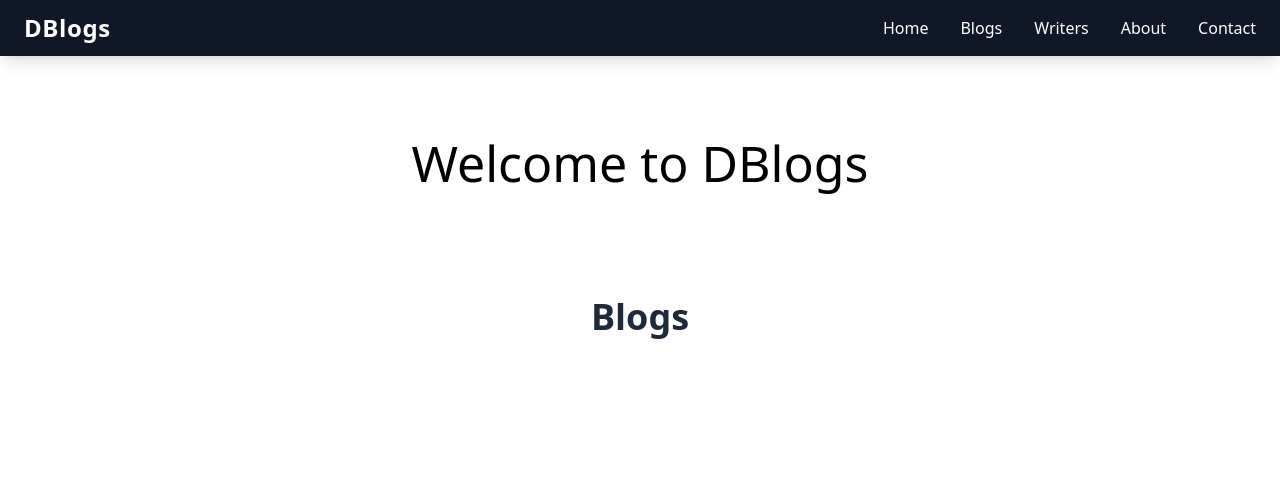
Repository: Devanshk9/DBlogs
Page: / (app in client/)
These files come from the project's save history. The page is drawn as it stood at one moment and after the next save; the edit follows.
The browser window is 1280 px wide. The pictures show the whole page.
The page's requests for data from a server got no answer. The project was rebuilt for these pictures with package versions that can differ from the ones it lists, and the page was loaded fresh each time. No one was signed in, and anything a server would have sent is missing. Also part of the build but not shown: client/vite.config.js, client/src/pages/Writers.jsx.

Above is the page before, as saved 2025-08-31 21:53:36.

### client/src/App.jsx
import React from 'react'
import {
  createBrowserRouter,
  createRoutesFromElements,
  Route,
  RouterProvider,
} from "react-router-dom";
import Blogs from "./pages/Blogs"
import Writers from "./pages/Writers"
import Home from "./pages/Home"   // ✅ your Home page

const router = createBrowserRouter(
  createRoutesFromElements(
    <>
      <Route path="/" element={<Home />} />
      <Route path="blogs" element={<Blogs />} />
      <Route path="writers" element={<Writers />} />
    </>
  )
);

const App = () => {
  return (
    <React.StrictMode>
      <RouterProvider router={router} />
    </React.StrictMode>
  )
}

export default App

### client/src/pages/Blogs.jsx
import { useEffect, useState } from "react";

function Blogs() {
  const [blogs, setBlogs] = useState([]);

  useEffect(() => {
    fetch("http://localhost:5001/blogs") // backend
      .then((res) => res.json())
      .then((data) => setBlogs(data))
      .catch((err) => console.error(err));
  }, []);

  return (
    <div className="flex flex-col items-center px-6">
      <h1 className="text-4xl font-bold mt-24 mb-8 text-gray-800">Blogs</h1>

      <div className="grid grid-cols-1 md:grid-cols-2 lg:grid-cols-3 gap-8 w-full max-w-6xl">
        {blogs.map((b) => (
          <div
            key={b.blog_id}
            className="bg-white rounded-2xl shadow-lg p-6 hover:shadow-2xl transition-shadow duration-300 border border-gray-200"
          >
            <h2 className="text-2xl font-semibold text-gray-900 mb-3">
              {b.title}
            </h2>
            <p className="text-gray-600 mb-4 leading-relaxed line-clamp-3">
              {b.content}
            </p>
            <div className="flex items-center justify-between text-sm text-gray-500">
              <span> By {b.username}</span>
              <span className="italic">{new Date().toLocaleDateString()}</span>
            </div>
          </div>
        ))}
      </div>
    </div>
  );
}

export default Blogs;

### client/src/pages/Home.jsx
import { Outlet, Link } from "react-router-dom";
import Navbar from "../components/Navbar";
import Blogs from "./Blogs";

function Home() {
  return (
    <div>
      {/* <nav>
        <Link to="/blogs">Blogs</Link> |{" "}
        <Link to="/writers">Writers</Link>

      </nav> */}

      <Navbar />
      <div className="flex flex-col items-center">
        <h1 className="mt-[70px] text-[50px]">Welcome to DBlogs</h1>
        <Blogs />
      </div>
    </div>
  );
}

export default Home;

### client/src/components/Navbar.jsx
import React, { useState } from "react";
import { Link } from "react-router-dom";
import { Menu, X } from "lucide-react"; // icons

const Navbar = () => {
  const [isOpen, setIsOpen] = useState(false);

  return (
    <nav className="bg-gray-900 text-white shadow-lg">
      <div className="container mx-auto px-6 py-3 flex justify-between items-center">
        {/* Logo */}
        <h1 className="text-2xl font-bold tracking-wide cursor-pointer">
          DBlogs
        </h1>

        {/* Desktop Menu */}
        <ul className="hidden md:flex space-x-8 font-medium">
          <li>
            <Link
              to="/"
              className="hover:text-yellow-400 transition-colors duration-200"
            >
              Home
            </Link>
          </li>
          <li>
            <Link
              to="/blogs"
              className="hover:text-yellow-400 transition-colors duration-200"
            >
              Blogs
            </Link>
          </li>
          <li>
            <Link
              to="/writers"
              className="hover:text-yellow-400 transition-colors duration-200"
            >
              Writers
            </Link>
          </li>
          <li>
            <Link
              to="/about"
              className="hover:text-yellow-400 transition-colors duration-200"
            >
              About
            </Link>
          </li>
          <li>
            <Link
              to="/contact"
              className="hover:text-yellow-400 transition-colors duration-200"
            >
              Contact
            </Link>
          </li>
        </ul>

        {/* Mobile Menu Button */}
        <button
          onClick={() => setIsOpen(!isOpen)}
          className="md:hidden focus:outline-none"
        >
          {isOpen ? <X size={28} /> : <Menu size={28} />}
        </button>
      </div>

      {/* Mobile Dropdown */}
      {isOpen && (
        <div className="md:hidden bg-gray-800">
          <ul className="flex flex-col items-center space-y-4 py-4 font-medium">
            <li>
              <Link
                to="/"
                className="hover:text-yellow-400 transition-colors duration-200"
                onClick={() => setIsOpen(false)}
              >
                Home
              </Link>
            </li>
            <li>
              <Link
                to="/blogs"
                className="hover:text-yellow-400 transition-colors duration-200"
                onClick={() => setIsOpen(false)}
              >
                Blogs
              </Link>
            </li>
            <li>
              <Link
                to="/writers"
                className="hover:text-yellow-400 transition-colors duration-200"
                onClick={() => setIsOpen(false)}
              >
                Writers
              </Link>
            </li>
            <li>
              <Link
                to="/about"
                className="hover:text-yellow-400 transition-colors duration-200"
                onClick={() => setIsOpen(false)}
              >
                About
              </Link>
            </li>
            <li>
              <Link
                to="/contact"
                className="hover:text-yellow-400 transition-colors duration-200"
                onClick={() => setIsOpen(false)}
              >
                Contact
              </Link>
            </li>
          </ul>
        </div>
      )}
    </nav>
  );
};

export default Navbar;

Loaded but not shown: client/index.html (common file); client/src/main.jsx (common file); client/src/index.css (common file)

After the next save:
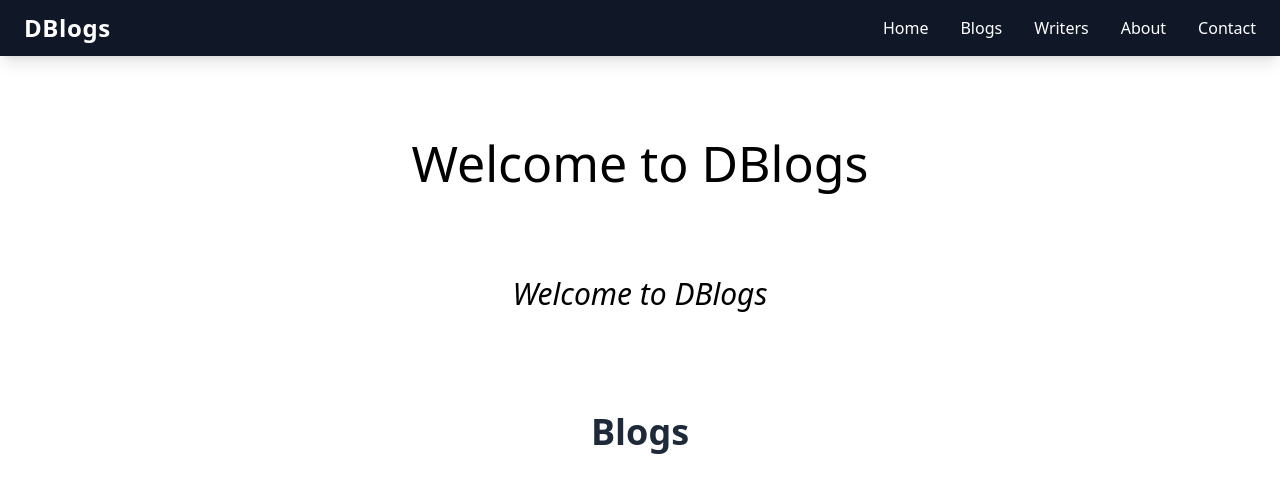
Saved 35 s later.
--- a/client/src/pages/Home.jsx
+++ b/client/src/pages/Home.jsx
@@ -14,6 +14,7 @@
       <Navbar />
       <div className="flex flex-col items-center">
         <h1 className="mt-[70px] text-[50px]">Welcome to DBlogs</h1>
+        <h1 className="mt-[70px] italic text-[30px]">Welcome to DBlogs</h1>
         <Blogs />
       </div>
     </div>
